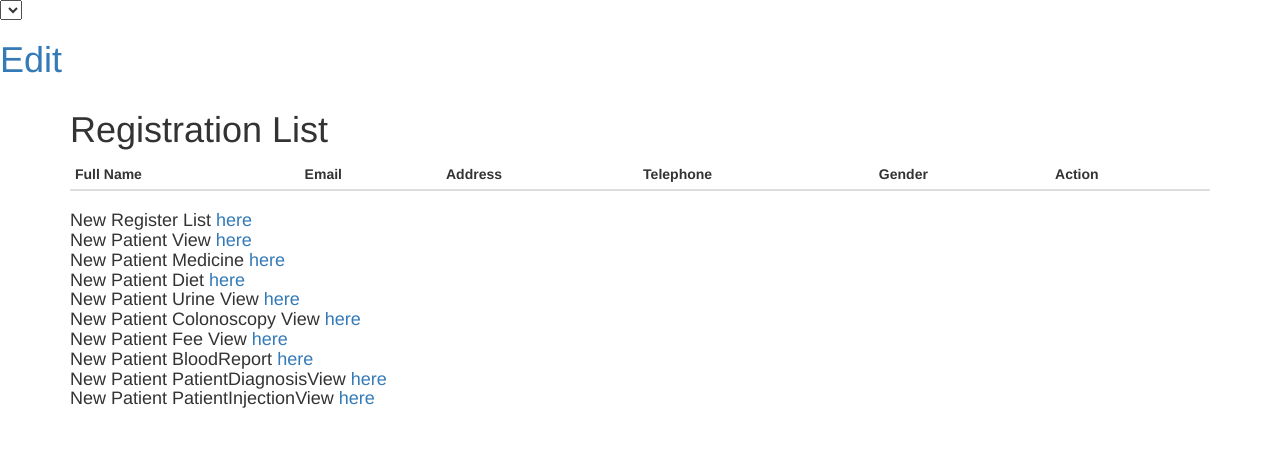
Repository: SACHINnANYAKKARA/2nd_Year_final_Project
Page: http://localhost/SpringMVCHibernateCRUD/WEB-INF/pages/home.jsp
The author's editor kept a copy of each file at every save. The page is drawn from the files as they stood at one save, then again after the next save.
The browser window is 1280 px wide. The pictures show the whole page.
The page is served by Tomcat 9. Nobody is signed in. The template is opened directly, without the code that normally fills it, so the values that code supplies are empty.

Above is the page before, as saved 2018-04-06 14:21:51.

After the next save:
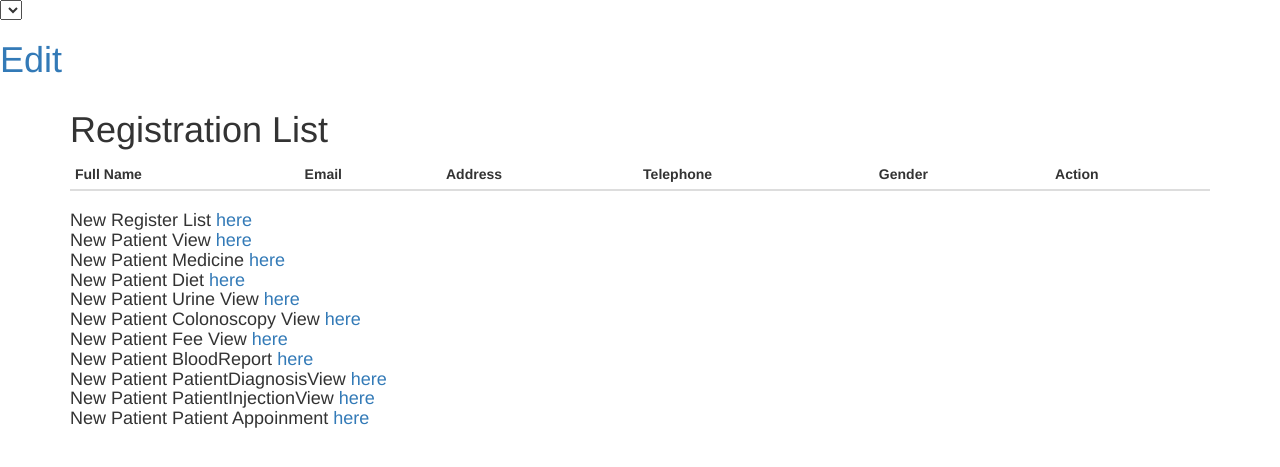
Saved 5 h 17 min later.
--- a/SpringMVCHibernateCRUD/src/main/webapp/WEB-INF/pages/home.jsp
+++ b/SpringMVCHibernateCRUD/src/main/webapp/WEB-INF/pages/home.jsp
@@ -78,6 +78,8 @@
 			New Patient PatientDiagnosisView <a href="PatientDiagnosisView">here</a>
 			<br>
 			New Patient PatientInjectionView <a href="PatientInjectionView">here</a>
+			<br>
+			New Patient Patient Appoinment <a href="AppoinmentView">here</a>
 
 
 
